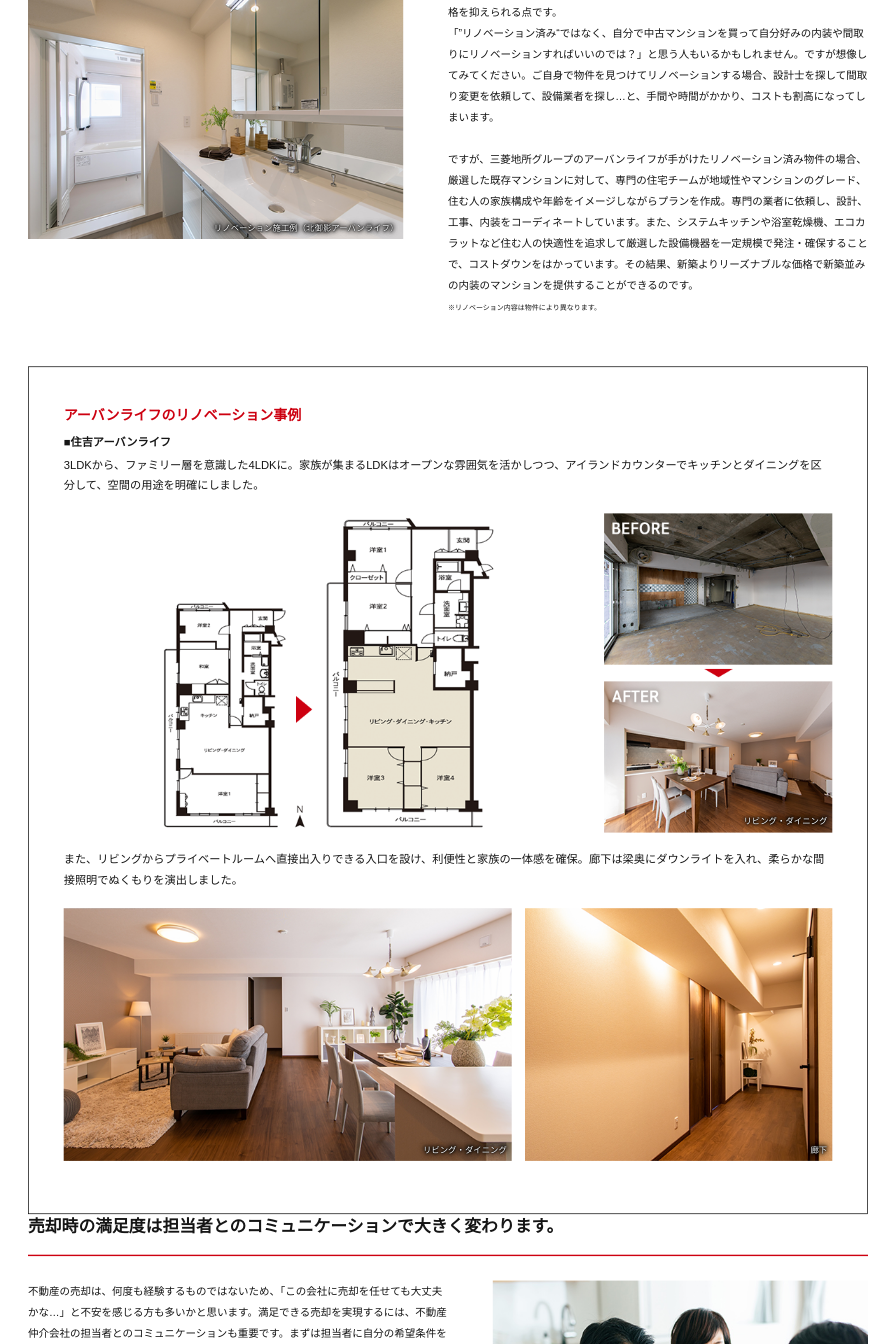
Repository: duongspm/group-kansai_new-data
Page: group-kansai_new/pickup/column07.html
These files come from the project's save history. The page is drawn as it stood at one moment and after the next save; the edit follows.
The browser window is 1280 px wide. The pictures show the part of the page from y = 1779 to 3699 px (the page is 4783 px tall), at 70% of full size.

Above is the page before, as saved 2023-06-30 16:09:12.

After the next save:
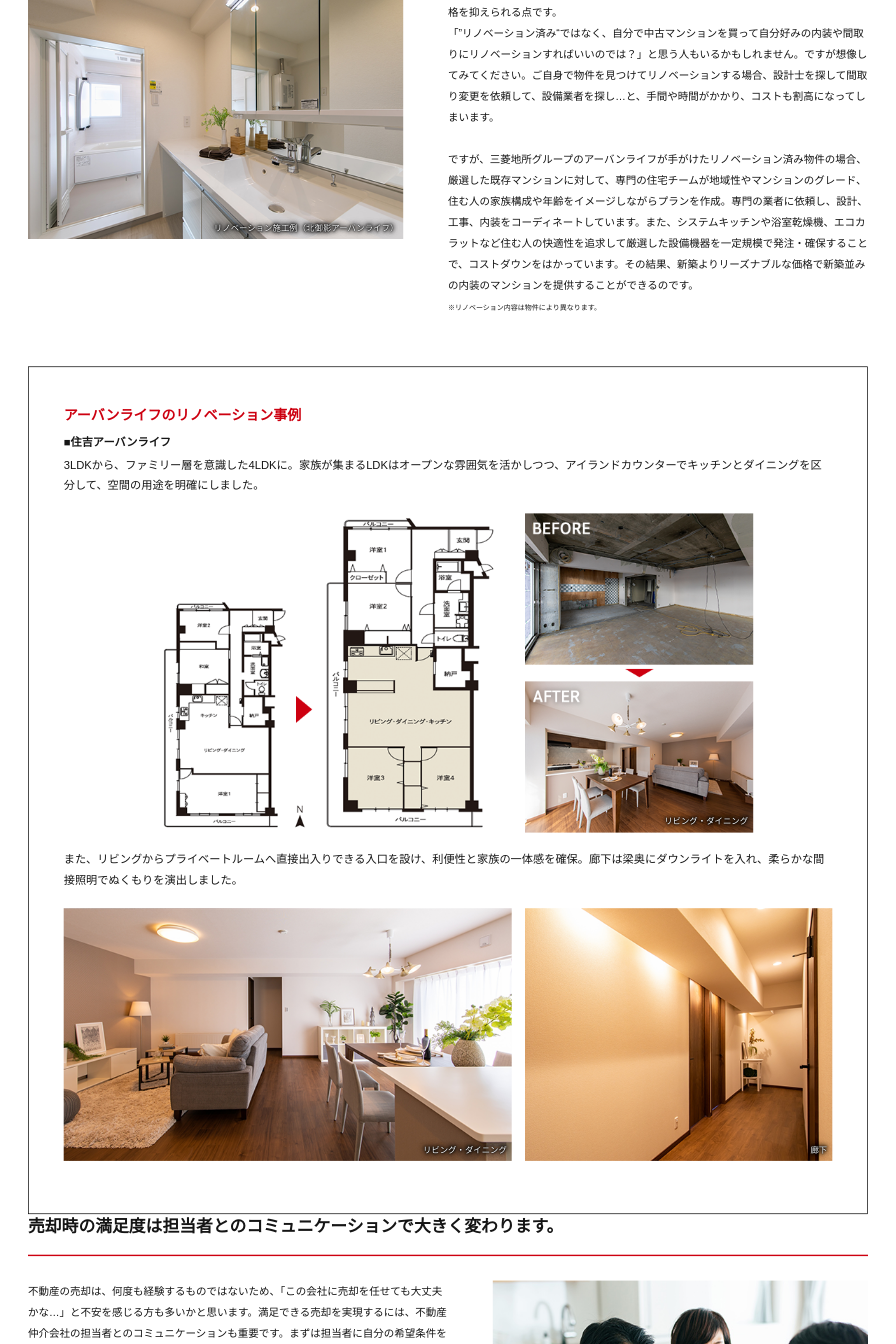
Saved 10 s later.
--- a/group-kansai_new/pickup/column07.html
+++ b/group-kansai_new/pickup/column07.html
@@ -170,7 +170,7 @@
                     <div class="flex__left">
                         <img src="img/vol_07/img-03.png" alt="リビング・ダイニング">
                     </div>
-                    <div class="flex__right--small">
+                    <div class="flex__right">
                         <div class="box__img">
                             <img src="img/vol_07/img-04.png" alt="リビング・ダイニング">
                             <p class="cap-abs_right shadow">リビング・ダイニング</p>
